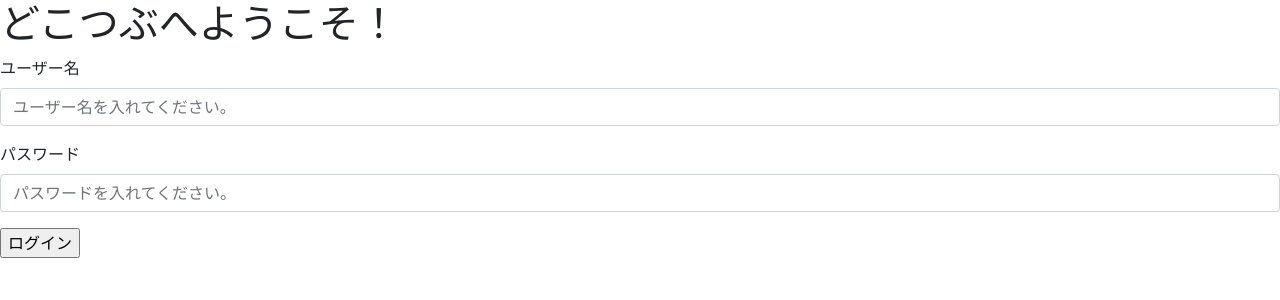
Repository: lunalice/01_START
Page: http://localhost/hello_world_now/
An editor plug-in stored every save of this project. The page is shown before and after the next save, followed by the edit.
The browser window is 1280 px wide. The pictures show the whole page.
The page is served by Tomcat 9. Other server files are loaded and not shown.

Above is the page before, as saved 2018-02-07 05:39:14.
Console error: TypeError: Cannot read properties of undefined (reading 'fn')

### eclipse-workspace/hello_world_now/WebContent/index.jsp
<%@ page language="java" contentType="text/html; charset=UTF-8"
	pageEncoding="UTF-8"%>
<!DOCTYPE html>
<html>
<head>
<meta http-equiv="Content-Type" content="text/html; charset=UTF-8">
<link rel="stylesheet"
	href="https://maxcdn.bootstrapcdn.com/bootstrap/4.0.0/css/bootstrap.min.css"
	integrity="sha384-Gn5384xqQ1aoWXA+058RXPxPg6fy4IWvTNh0E263XmFcJlSAwiGgFAW/dAiS6JXm"
	crossorigin="anonymous">
<script
	src="https://maxcdn.bootstrapcdn.com/bootstrap/4.0.0/js/bootstrap.min.js"
	integrity="sha384-JZR6Spejh4U02d8jOt6vLEHfe/JQGiRRSQQxSfFWpi1MquVdAyjUar5+76PVCmYl"
	crossorigin="anonymous"></script>
<title>どこつぶ</title>
</head>
<body>
	<span class="hero-unit"><h1>どこつぶへようこそ！</h1></span>
	<form action="/hello_world_now/Login" method="post">
		<div class="form-group">
			<label for="InputEmail">ユーザー名</label>
			<input type="text" class="form-control" name="name" placeholder="ユーザー名を入れてください。">
		</div>
		<div class="form-group">
			<label for="InputEmail">パスワード</label>
			<input type="text" class="form-control" name="pass" placeholder="パスワードを入れてください。">
		</div>
		<input type="submit" value="ログイン">
	</form>
</body>
</html>

After the next save:
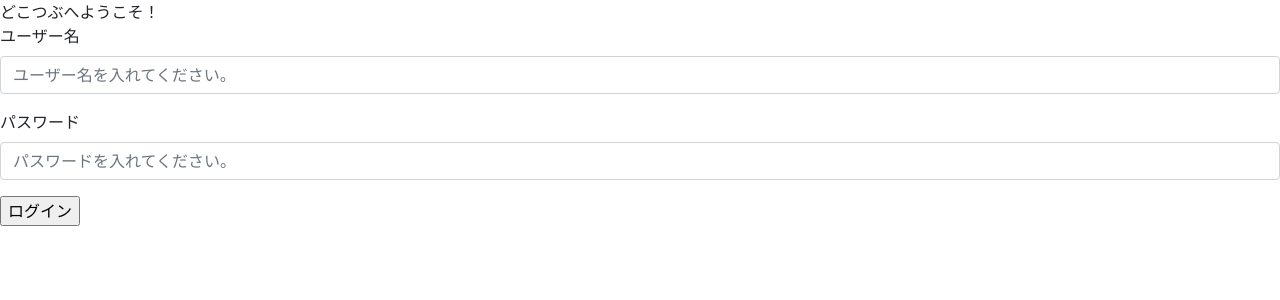
Saved 64 s later.
--- a/eclipse-workspace/hello_world_now/WebContent/index.jsp
+++ b/eclipse-workspace/hello_world_now/WebContent/index.jsp
@@ -15,7 +15,7 @@
 <title>どこつぶ</title>
 </head>
 <body>
-	<span class="hero-unit"><h1>どこつぶへようこそ！</h1></span>
+	<span class="hero-unit">どこつぶへようこそ！</span>
 	<form action="/hello_world_now/Login" method="post">
 		<div class="form-group">
 			<label for="InputEmail">ユーザー名</label>

After the save that followed:
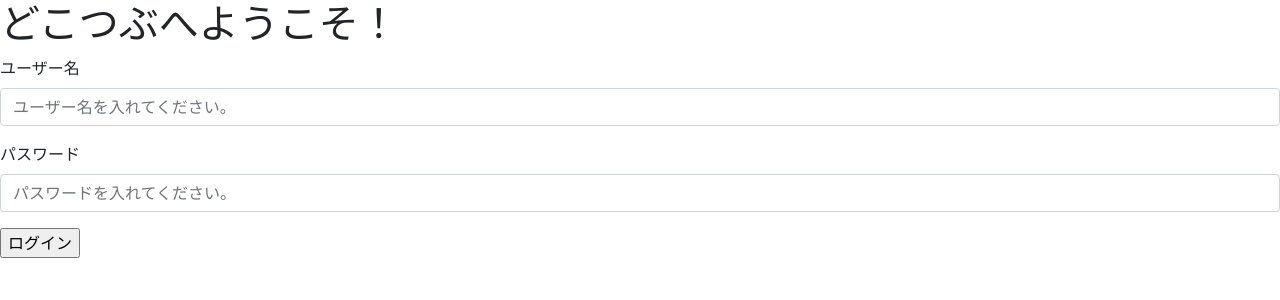
Saved 29 s later.
--- a/eclipse-workspace/hello_world_now/WebContent/index.jsp
+++ b/eclipse-workspace/hello_world_now/WebContent/index.jsp
@@ -15,7 +15,7 @@
 <title>どこつぶ</title>
 </head>
 <body>
-	<span class="hero-unit">どこつぶへようこそ！</span>
+	<h1>どこつぶへようこそ！</h1>
 	<form action="/hello_world_now/Login" method="post">
 		<div class="form-group">
 			<label for="InputEmail">ユーザー名</label>
